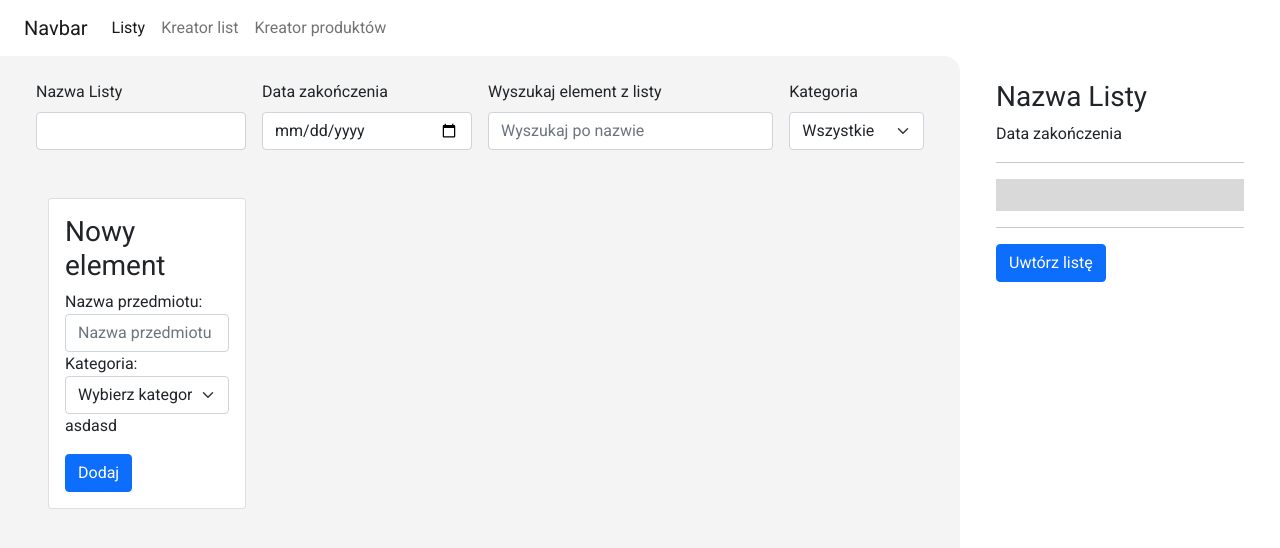
Repository: alphatra/Task-menager
Page: http://localhost/php/src/views/createList.php
The author's editor kept a copy of each file at every save. The page is drawn from the files as they stood at one save, then again after the next save.
The browser window is 1280 px wide. The pictures show the whole page.
The page is run by PHP 8.4 with error messages shown; the project is at /var/www/html/. Queries for data that is not in the repository find no rows.

Above is the page before, as saved 2023-02-11 17:04:57.

### php/src/views/createList.php
<!DOCTYPE html>
<html lang="en">
<head>
    <meta charset="UTF-8">
    <meta http-equiv="X-UA-Compatible" content="IE=edge">
    <meta name="viewport" content="width=device-width, initial-scale=1.0">
    <title>Document</title>
    <script src="https://ajax.googleapis.com/ajax/libs/jquery/3.6.1/jquery.min.js"></script>
    <link href="https://cdn.jsdelivr.net/npm/bootstrap@5.0.2/dist/css/bootstrap.min.css" rel="stylesheet" integrity="sha384-EVSTQN3/azprG1Anm3QDgpJLIm9Nao0Yz1ztcQTwFspd3yD65VohhpuuCOmLASjC" crossorigin="anonymous">
    <script src="https://cdn.jsdelivr.net/npm/@popperjs/core@2.9.2/dist/umd/popper.min.js" integrity="sha384-IQsoLXl5PILFhosVNubq5LC7Qb9DXgDA9i+tQ8Zj3iwWAwPtgFTxbJ8NT4GN1R8p" crossorigin="anonymous"></script>
    <script src="https://cdn.jsdelivr.net/npm/bootstrap@5.0.2/dist/js/bootstrap.min.js" integrity="sha384-cVKIPhGWiC2Al4u+LWgxfKTRIcfu0JTxR+EQDz/bgldoEyl4H0zUF0QKbrJ0EcQF" crossorigin="anonymous"></script>
    <script>
        const catergories = {
            1: 'Elektronika',
            2: 'Meble',
            3: 'Kosmetyki',
            4: 'Jedzenie',
            5: 'Ubrania',
            6: 'Zabawki',
            7: 'Sport',
            8: 'Książki',
            9: 'Narzędzia',
            10: 'RTV'
        }

        console.log(catergories);
        $(document).ready(function() {
            const select = $('select');
            $.each(catergories, function(i, item) {
                $('select').append($("<option>", {
                    value: item,
                    text: item
                }))
                $('select').append($("<option>", {
                    value: item,
                    text: item
                }))
            });
            let _dataItems = [];
            let private_item = $(`<div class="col-xl-3 col-lg-4 col-md-6 col-12 mb-4">
                        <div class="card">
                            <div class="card-body">
                                <h3 class="card-title">Nowy element</h3>
                                Nazwa przedmiotu:
                                <input type="text" class="form-control" id="priv_item" placeholder="Nazwa przedmiotu">
                                Kategoria: <select id="inputState" class="form-select">
                                    <option selected>Wybierz kategorię</option>

                                    </select>
                                <p class="card-text">asdasd</p>
                                <input class="btn btn-primary" id="add_tolist" type="button" value="Dodaj">
                            </div>
                        </div>
                    </div>`);
    let loadData = (param,_category) => {
        $.ajax({
            url: '../controller.php',
            dataType: 'json',
            method: 'POST',
            data:{tablename:"products", search: param, category:_category},
            beforeSend: function() {
                $("#loading-image").show();
             },
            success: function(data) {
                console.log(data);
                let content = $('#objects').empty()
                content.append(private_item)
                let dataItems = JSON.parse(JSON.stringify(data))
                _dataItems = data
                dataItems = dataItems.map((item) => {
                    return $(`
                    <div class="col-lg-3 col-md-5 col-sm-5 mb-4">
      <div class="card">
        <div class="card-header img-atas" style="background-image: url('https://picsum.photos/300/100'); background-position: 50% 10%;">
        </div>
        <div class="card-body">
          <div class="row">
            <h5>${item.product_name}</h5>
          </div>
          <div class="row">
            <h6 class="text-secondary">${catergories[item.category_id]}</h6>
          </div>
          <div class="row">
            <div class="d-flex justify-content-between">
              <p class="text-primary">${item.product_description.substring(0, 29)}</p>
              <p class="text-warning">
		<input class="btn btn-primary" id="add_tolist" type="button" value="Dodaj" data-product-id="${item.id_product}" data-product-name="${item.product_name}" data-product-quantity="1">
		</p>
            </div>
          </div>
        </div>
      </div>
    </div>
                    `)
                })
                content.append(dataItems)

            },
            error: function (jqXHR, exception){
                console.log(jqXHR, exception);

            }
        })

    }
    let createList_Ajax = (param) =>{
        $.ajax({
            url: '../controller_1.php',
            method: 'POST',
            data:{data: param},
            cache: false,
            success: function(data) {
                console.log(data);
            },
            error: function (xhr, status, error){
                console.log(status);

            }
        })
    }
    let createListItems_Ajax = (param) =>{
        $.ajax({
            url: '../controller_1.php',
            method: 'POST',
            data:{data: param},
            cache: false,
            success: function(data) {
                console.log(data);
            },
            error: function (xhr, status, error){
                console.log(status);

            }
        })
    }

    loadData()

    $("#searchItem, select").on("keyup change", function() {
        let inputVal = $("#searchItem").val();
        let selectVal = $("select").val();
        if (inputVal.length > 0 || selectVal > 0) {
            inputVal = inputVal.length == 0 ? '' : inputVal;
            selectVal = selectVal == 0 ? '' : selectVal;
            loadData(inputVal, selectVal);
        } else {
            loadData();
        }
    });
    let products = {product_id:[],product_title:[],qty:[]};
    let list = {
            list_name: '',
            end_date: '',
            products: [products]
        };

    let add_products = (id, title, quantity) => {
        if (!checkIfExists(id)) {
            products.product_id.push(id);
            products.product_title.push(title);
            products.qty.push(quantity);
        }
    }

    let checkIfExists = (id) => {
        for (let i = 0; i < products.product_id.length; i++) {
            if (products.product_id[i] === id) {
                return true;
            }
        }
        return false;
    }

    let searchedProduct = (_id) =>{
        let found =  _dataItems.find(e => e.id_product == _id)
        return found.product_name
    }

    let generateContent = (_item,_qty) => {
        let content = $('#list_elements')
        content.empty()
        console.log(_qty);
        let listItems = _item.map((item) => {
            return $(`
            <h5>${searchedProduct(+item)}</h5>
            <input type="number" id="qty" value="1" class="form-control form-icon-trailing" />
            `)})
        content.append(listItems)
    }

    let crateList = () => {
        if(list.list_name != '' || list.end_date != '' || products.product_id.length != 0){
            console.log(list);
            createList_Ajax(list)
        }
    }
    $(document).on("click", "#add_tolist", function() {
        //console.log(list);
        //console.log(+this.name);
        //console.log(searchedProduct(+this.name));
        var productId = $(this).data('product-id');
        var productName = $(this).data('product-name');
        var productQuantity = $(this).data('product-quantity');

        console.log("Id produktu: " + productId);
        console.log("Nazwa produktu: " + productName);
        console.log("Ilość produktu: " + productQuantity);
        // Obsługa okienka modalnego z bootstrapa
        var myModal = new bootstrap.Modal(document.getElementById("exampleModal"))
        if(list.list_name == '' || list.end_date == ''){
            myModal.show()
            $(document).on("click", ".btn-secondary", function() {
                myModal.hide()
            })
            if (list.list_name == '') {
                $("#listName").addClass("is-invalid")
            }else{
                $("#listName").removeClass("is-invalid")
            }
            if (list.end_date == '') {
                $("#endDate").addClass("is-invalid")
            }else{
                $("#endDate").removeClass("is-invalid")
            }
            //console.log("Nie",list)
        }else{
            add_products(productId, productName, productQuantity);
            generateContent(list.products['product_id'],list.products['qty'])
            $("#listName, #endDate").removeClass("is-invalid")
            //console.log("Tak",list);
        }
    });
    $(document).on("click", "#crateList_button", function() {
        console.log(crateList());
    });
    $("#listName, #endDate").on("keyup change",function(){
        list = {
            list_name: $("#listName").val(),
            end_date: $("#endDate").val(),
            products: products
        }
        $("#list_name").text($("#listName").val());
        $("#end_date").text($("#endDate").val());
    });
})

    </script>
    <link rel="stylesheet" href="../assets/style.css">
</head>
<body>
    <!-- Modal -->
    <div class="modal fade" id="exampleModal" tabindex="-1" role="dialog" aria-labelledby="exampleModalLabel" aria-hidden="true">
        <div class="modal-dialog">
            <div class="modal-content">
                <div class="modal-header">
                    <h5 class="modal-title" id="exampleModalLabel">Uwaga!</h5>
                    <button type="button" class="btn-close" data-dismiss="modal" aria-label="Zamknij"></button>
                </div>
                <div class="modal-body">
                    Nie wypełniłeś wszystkich pól!
                </div>
                <div class="modal-footer">
                    <button type="button" class="btn btn-secondary" data-dismiss="modal">Zamknij</button>
                </div>
            </div>
        </div>
    </div>

    <div class="container-fluid">
        <nav class="navbar navbar-expand-lg navbar-light ">
            <div class="container-fluid">
                <a class="navbar-brand" href="#">Navbar</a>
                <button class="navbar-toggler" type="button" data-bs-toggle="collapse" data-bs-target="#navbarNav" aria-controls="navbarNav" aria-expanded="false" aria-label="Toggle navigation">
                    <span class="navbar-toggler-icon"></span>
                </button>
                <div class="collapse navbar-collapse" id="navbarNav">
                    <ul class="navbar-nav">
                        <li class="nav-item">
                            <a class="nav-link active" href="/">Listy</a>
                        </li>
                        <li class="nav-item">
                            <a class="nav-link" aria-current="page" href="views/createList.php">Kreator list</a>
                        </li>
                        <li class="nav-item">
                            <a class="nav-link" href="views/createProduct.php">Kreator produktów</a>
                        </li>
                    </ul>
                </div>
            </div>
        </nav>
        <div class="row">
            <div class="col-lg-9" style="background-color: #F4F4F4; border-top-right-radius: 1rem">
                <div class="container py-4 px-4">
                <form class="row g-3 needs-validation" novalidate>
                    <div id="listName_" class="col-md-3">
                        <label for="listName" class="form-label">Nazwa Listy</label>
                        <input type="text" class="form-control" id="listName" required>
                        <div class="invalid-feedback">
                            Podaj nazwę listy!
                        </div>
                    </div>
                    <div id="endDate_" class="col-md-3">
                        <label for="endDate" class="form-label">Data zakończenia</label>
                        <input type="date" class="form-control" id="endDate" required>
                        <div class="invalid-feedback">
                            Podaj nazwę listy!
                        </div>
                    </div>
                    <div id="searchItem_" class="col-md-4">
                        <label for="searchItem" class="form-label">Wyszukaj element z listy</label>
                        <input type="search" class="form-control" id="searchItem" aria-label="Search" placeholder="Wyszukaj po nazwie">
                    </div>
                    <div class="col-md-2">
                        <label for="inputState" class="form-label">Kategoria</label>
                        <select id="inputState" class="form-select">
                            <option selected value="0">Wszystkie</option>

                        </select>
                    </div>
                </form>
                <div id="objects" class="row m-0 mt-5"></div>
                </div>
            </div>
            <div class="col-lg-3">
                <div class="container pt-4">
                <h3 id="list_name">Nazwa Listy</h3>
                <span id="end_date">Data zakończenia</span>
                <hr class="hr1" />
                <div id="list_elements" class="px-3 py-3" style="background-color:#D9D9D9"></div>
                <hr class="hr1" />
                <button type="submit" id="crateList_button" class="btn btn-primary">Uwtórz listę</button>
                </div>
            </div>
        </div>
    </div>
</body>
</html>

### php/src/controller.php
<?php
session_start();
require_once('./model/CRUD.php');


$db = new db();
$_tablename = $_POST['tablename'];
if(isset($_POST['search'])){
    $search = $_POST['search'];
    $result = $db->searchData($_tablename,$search,'');
    if(isset($_POST['category'])){
        $_category = $_POST['category'];
        $result = $db->searchData($_tablename,$search,$_category);
    }
    echo $result;
}else{
    echo $db->getData($_tablename);
}
?>

### php/src/model/CRUD.php
<?php
class db{
    private $conn;
    public $servername;
    public $username;
    public $password;
    public $database;
    public $tablename;

    public function __construct($host="db", $database="mydb",
                                $username="root", $password="root"){
        $this->host = $host;
        $this->database = $database;
        $this->username = $username;
        $this->password = $password;

        try {
            // Tworzenie połączenia
            $this->conn = new mysqli($host, $username, $password, $database);
        } catch (Exception $e) {
            // Sprawdzanie połączenia
            die("Connection failed: " . mysqli_connect_error());

        }

        return $this->conn;
    }

    // Wyświetlanie list z bazy danych
    public function getData($tablename){
        $this->tablename = $tablename;
        $query = "SELECT * FROM $this->tablename";
        $result = mysqli_query($this->conn, $query);
        $result = mysqli_fetch_all($result, MYSQLI_ASSOC);

        return json_encode($result);
    }

    // Wyświetlanie list z bazy danych wraz z wyszukiwaniem
    public function searchData($tablename, $search, $category){
        $this->tablename = $tablename;
        $this->search = $search;
        $this->category = $category;
        if($tablename == 'products'){
            $query = "SELECT * FROM $this->tablename WHERE product_name LIKE '$this->search%'";
            if($category != ''){
                $query .= " AND category_id = $this->category";
            }
        }else{
            $query = "SELECT * FROM $this->tablename WHERE name LIKE '$this->search%'";
            if($category != ''){
                $query .= " AND category_id = $this->category";
            }
        }
        $result = mysqli_query($this->conn, $query);
        $result = mysqli_fetch_all($result, MYSQLI_ASSOC);

        return json_encode($result);
    }
    /*
    public function searchData($tablename="", $search=""){
        $this->tablename = "list";
        $this->search = "{$search}%";
        $query = "SELECT * FROM $this->tablename WHERE name LIKE ?";
        $stmt = $this->conn->prepare($query);
        $stmt->bind_param("s",$search);
        $stmt->execute();
        $result = $stmt->get_result();

        return json_encode($result->fetch_all(MYSQLI_ASSOC));
    }
    */

    // Dodawanie produktów do bazy danych
    public function createProduct($Param){
        $product_name = $Param[0];
        $product_description = $Param[1];
        $product_image = $Param[2];
        $category_id = $Param[3];
        $query = "INSERT INTO products (product_name, product_description, product_image, category_id)
                    VALUES ('{$product_name}', '{$product_description}', '{$product_image}', '{$category_id}')";

        mysqli_query($this->conn, $query);
    }

    public function fetchData($Data){
        $this->Data = $Data;
        $decoded_json = json_decode($Data, true);
        $product_name = $decoded_json['product_name'];
        $product_description = $decoded_json['product_description'];
        $product_image = $decoded_json['product_image'];
        $category_id = $decoded_json['category_id'];
        return [$product_name, $product_description, $product_image, $category_id];
    }

    public function getMaxId($tablename){
        $this->tablename = $tablename;
        $query = "SELECT MAX( id ) AS `Max_Id` FROM $this->tablename";
        $result = mysqli_query($this->conn, $query);
        $result = mysqli_fetch_all($result, MYSQLI_ASSOC);
        $result = $result[0]['Max_Id'];

        return $result + 1;
    }

    public function getIdList($list_name){
        $this->list_name = $list_name;
        $query = "SELECT id FROM list WHERE name = '$this->list_name'";
        $result = mysqli_query($this->conn, $query);
        $result = mysqli_fetch_all($result, MYSQLI_ASSOC);
        $result = $result[0]['id'];

        return $result;
    }

    public function createList($list_name, $end_date){
        $id = $this->getMaxId('list');
        $this->list_name = $list_name;
        $created_date = date("Y-m-d h:i:s");
        $this->end_date = $end_date;
        $query = "INSERT INTO list (id, name, created_date, end_date) VALUES ('{$id}','{$list_name}','{$created_date}','{$end_date}')";
        mysqli_query($this->conn, $query);
        return $query;
    }

    public function createListItems($qty,$list_name,$id_product){
        $id = $this->getMaxId('list_items');
        $this->qty = $qty;
        $this->list_name = $list_name;
        $list_name = $this->getIdList($list_name);
        $this->id_product = $id_product;

        $query = "INSERT INTO list_items (id, quantity, list_id, id_product) VALUES ('{$id}', '{$this->qty}', '{$list_name}', '{$this->id_product}')";
        mysqli_query($this->conn, $query);
        return $query;
    }

    public function addPrivateItem($item_key, $item_name, $item_category){
        $this->item_key = $item_key;
        $this->item_name = $item_name;
        $this->item_category = $item_category;

        $query = "INSERT INTO private_items (item_key, item_name, category_id) VALUES ('{$item_key}', '{$item_name}', '{$item_category}')";
        mysqli_query($this->conn, $query);
        return $query;
    }
}
?>

### php/src/assets/style.css
@import url('https://fonts.googleapis.com/css2?family=Roboto:ital,wght@0,300;0,400;1,500&display=swap');

body {
    font-family: 'Roboto', sans-serif;
    font-size: 16px;
    line-height: 1.5;
    background-color: white;
    margin: 0;
    padding: 0;
}
.black-border {
    border: 1px solid black;
    padding: 1rem;
}
.img-atas {
    width: auto;
    height: 100px;
    background-repeat: no-repeat;
    background-position: center;
    background-size: cover;
  }

hr {
    margin: 1rem 0;
    color: inherit;
    background-color: currentColor;
    border: 0;
    opacity: 0.25;
  }

After the next save:
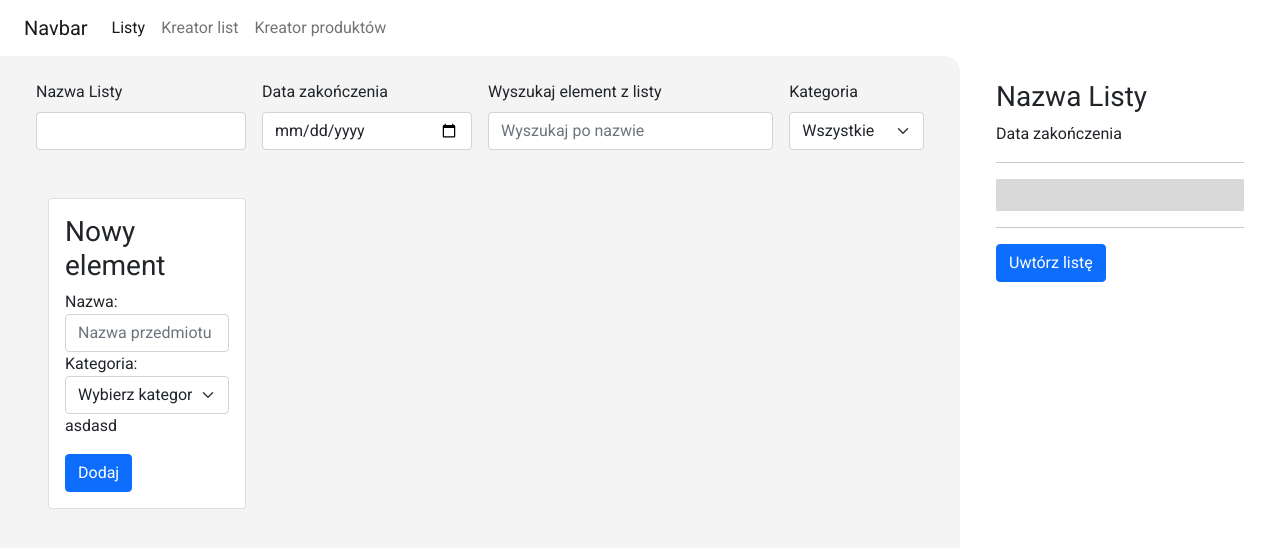
Saved 6 s later.
--- a/php/src/views/createList.php
+++ b/php/src/views/createList.php
@@ -41,7 +41,7 @@
                         <div class="card">
                             <div class="card-body">
                                 <h3 class="card-title">Nowy element</h3>
-                                Nazwa przedmiotu:
+                                Nazwa:
                                 <input type="text" class="form-control" id="priv_item" placeholder="Nazwa przedmiotu">
                                 Kategoria: <select id="inputState" class="form-select">
                                     <option selected>Wybierz kategorię</option>
